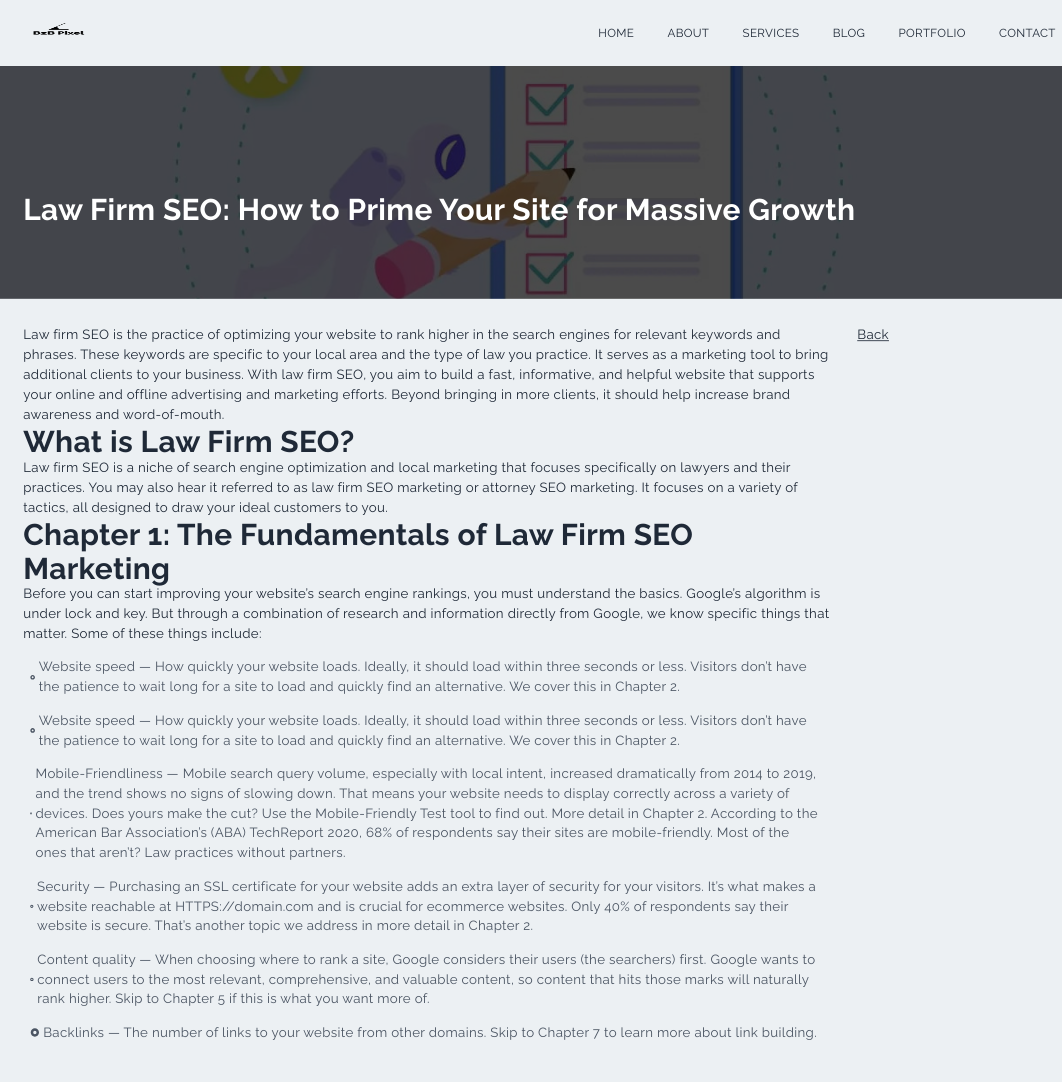
Repository: DID0101/nextjs.b2b
Page: /netflix
An editor plug-in stored every save of this project. The page is shown before and after the next save, followed by the edit.
The browser window is 1280 px wide. The pictures show the whole page, at 83% of full size.
The project was rebuilt for these pictures with package versions that can differ from the ones it lists, and the page was loaded fresh each time. The framework's server and built-in components were replaced by stand-ins that run in the browser. Also part of the build but not shown: next.config.js.

Above is the page before, as saved 2024-01-22 03:27:42.

### pages/netflix.jsx
import Image from 'next/image';
import React from 'react';
import netflixImg from '../public/assets/projects/netflix.jpg';
import { RiRadioButtonFill } from 'react-icons/ri';
import Link from 'next/link';

const netflix = () => {
  return (
    <div className='w-full'>
      <div className='w-screen h-[50vh] relative'>
        <div className='absolute top-0 left-0 w-full h-[50vh] bg-black/70 z-10' />
        <Image
          className='absolute z-1'
          layout='fill'
          objectFit='cover'
          src={netflixImg}
          alt='/'
        />
        <div className='absolute top-[70%] max-w-[1240px] w-full left-[50%] right-[50%] translate-x-[-50%] translate-y-[-50%] text-white z-10 p-2'>
          <h2 className='py-2'>Law Firm SEO: How to Prime Your Site for Massive Growth</h2>
          {/* <h3>React JS / Tailwind / Firebase</h3> */}
        </div>
      </div>

      <div className='max-w-[1240px] mx-auto p-2 grid md:grid-cols-5 gap-8 py-8'>
        <div className='col-span-4'>
          {/* <p>Project</p> */}
          {/* <h2>Overview</h2> */}
          <p>
          Law firm SEO is the practice of optimizing your website to rank higher in the search engines for relevant keywords and phrases. These keywords are specific to your local area and the type of law you practice. It serves as a marketing tool to bring additional clients to your business.

With law firm SEO, you aim to build a fast, informative, and helpful website that supports your online and offline advertising and marketing efforts. Beyond bringing in more clients, it should help increase brand awareness and word-of-mouth.
          </p>
          <p>

          </p>
          <h2>What is Law Firm SEO?</h2>
          <p> </p>
          <p>Law firm SEO is a niche of search engine optimization and local marketing that focuses specifically on lawyers and their practices. You may also hear it referred to as law firm SEO marketing or attorney SEO marketing. It focuses on a variety of tactics, all designed to draw your ideal customers to you.</p>
            <p> </p>
            <h2>Chapter 1: The Fundamentals of Law Firm SEO Marketing</h2>
            <p> </p>
            <p>Before you can start improving your website’s search engine rankings, you must understand the basics. Google’s algorithm is under lock and key. But through a combination of research and information directly from Google, we know specific things that matter. Some of these things include:</p>
               <p>

               </p>
               <div className='p-2'>
            <div className='grid grid-cols-3 md:grid-cols-1'>
              <p className='text-gray-600 py-2 flex items-center'>
                <RiRadioButtonFill className='pr-1' /> Website speed — How quickly your website loads. Ideally, it should load within three seconds or less. Visitors don’t have the patience to wait long for a site to load and quickly find an alternative. We cover this in Chapter 2.
              </p>
              <p className='text-gray-600 py-2 flex items-center'>
                <RiRadioButtonFill className='pr-1' /> Website speed — How quickly your website loads. Ideally, it should load within three seconds or less. Visitors don’t have the patience to wait long for a site to load and quickly find an alternative. We cover this in Chapter 2.
              </p>
              <p className='text-gray-600 py-2 flex items-center'>
                <RiRadioButtonFill className='pr-1' /> Mobile-Friendliness — Mobile search query volume, especially with local intent, increased dramatically from 2014 to 2019, and the trend shows no signs of slowing down. That means your website needs to display correctly across a variety of devices. Does yours make the cut? Use the Mobile-Friendly Test tool to find out. More detail in Chapter 2. According to the American Bar Association’s (ABA) TechReport 2020, 68% of respondents say their sites are mobile-friendly. Most of the ones that aren’t? Law practices without partners.
              </p>
              <p className='text-gray-600 py-2 flex items-center'>
                <RiRadioButtonFill className='pr-1' /> Security — Purchasing an SSL certificate for your website adds an extra layer of security for your visitors. It’s what makes a website reachable at HTTPS://domain.com and is crucial for ecommerce websites. Only 40% of respondents say their website is secure.  That’s another topic we address in more detail in Chapter 2.
              </p>
              <p className='text-gray-600 py-2 flex items-center'>
                <RiRadioButtonFill className='pr-1' /> Content quality — When choosing where to rank a site, Google considers their users (the searchers) first. Google wants to connect users to the most relevant, comprehensive, and valuable content, so content that hits those marks will naturally rank higher. Skip to Chapter 5 if this is what you want more of.
              </p>
              <p className='text-gray-600 py-2 flex items-center'>
                <RiRadioButtonFill className='pr-1' />Backlinks — The number of links to your website from other domains. Skip to Chapter 7 to learn more about link building.
              </p>
            </div>
          </div>


          {/* <a
            href='https://github.com/fireclint/netflix-react-tailwind'
            target='_blank'
            rel='noreferrer'
          >
            <button className='px-8 py-2 mt-4 mr-8'>Code</button>
          </a>
          <a
            href='https://fireclint.github.io/netflix-react-tailwind/'
            target='_blank'
            rel='noreferrer'
          >
            <button className='px-8 py-2 mt-4'>Demo</button>
          </a> */}
        </div>
        {/* <div className='col-span-4 md:col-span-1 shadow-xl shadow-gray-400 rounded-xl py-4'>
          <div className='p-2'>
            <p className='text-center font-bold pb-2'>Technologies</p>
            <div className='grid grid-cols-3 md:grid-cols-1'>
              <p className='text-gray-600 py-2 flex items-center'>
                <RiRadioButtonFill className='pr-1' /> React
              </p>
              <p className='text-gray-600 py-2 flex items-center'>
                <RiRadioButtonFill className='pr-1' /> Tailwind
              </p>
              <p className='text-gray-600 py-2 flex items-center'>
                <RiRadioButtonFill className='pr-1' /> Javascript
              </p>
              <p className='text-gray-600 py-2 flex items-center'>
                <RiRadioButtonFill className='pr-1' /> Firebase
              </p>
              <p className='text-gray-600 py-2 flex items-center'>
                <RiRadioButtonFill className='pr-1' /> IMDB API
              </p>
            </div>
          </div>
        </div> */}
        <Link href='/#projects'>
          <p className='underline cursor-pointer'>Back</p>
        </Link>
      </div>
    </div>
  );
};

export default netflix;

### components/Navbar.jsx
import Image from 'next/image';
import Link from 'next/link';
import React, { useState, useEffect } from 'react';
import { AiOutlineClose, AiOutlineMail, AiOutlineMenu } from 'react-icons/ai';
import { FaGithub, FaLinkedinIn } from 'react-icons/fa';
import { BsFillPersonLinesFill } from 'react-icons/bs';
// import { useRouter } from 'next/router';
import NavLogo from '../public/assets/navLogo.png'

const Navbar = () => {
  const [nav, setNav] = useState(false);
  const [shadow, setShadow] = useState(false);
  const [navBg, setNavBg] = useState('#ecf0f3');
  const [linkColor, setLinkColor] = useState('#1f2937');
  // const [position, setPosition] = useState('fixed')
  // const router = useRouter();

  // useEffect(() => {
  //   if (
  //     router.asPath === '/property' ||
  //     router.asPath === '/crypto' ||
  //     router.asPath === '/netflix' ||
  //     router.asPath === '/twitch'
  //   ) {
  //     setNavBg('transparent');
  //     setLinkColor('#ecf0f3');
  //   } else {
  //     setNavBg('#ecf0f3');
  //     setLinkColor('#1f2937');
  //   }
  // }, [router]);

  const handleNav = () => {
    setNav(!nav);
  };

  useEffect(() => {
    const handleShadow = () => {
      if (window.scrollY >= 90) {
        setShadow(true);
      } else {
        setShadow(false);
      }
    };
    window.addEventListener('scroll', handleShadow);
  }, []);

  return (
    <div
      style={{ backgroundColor: `${navBg}` }}
      className={
        shadow
          ? 'fixed w-full h-20 shadow-xl z-[100] ease-in-out duration-300'
          : 'fixed w-full h-20 z-[100]'
      }
    >
      <div className='flex justify-between items-center w-full h-full px-2 2xl:px-16'>
        <Link href='/'>
          <a>
            <Image
              src={NavLogo}
              alt='/'
              width='125'
              height='50'
              className='cursor-pointer'
            />
          </a>
        </Link>
        <div>
          <ul style={{ color: `${linkColor}` }} className='hidden md:flex'>
            <li className='ml-10 text-sm uppercase hover:border-b'>
              <Link href='/'>Home</Link>
            </li>
            <li className='ml-10 text-sm uppercase hover:border-b'>
              <Link href='/#about'>About</Link>
            </li>
            <li className='ml-10 text-sm uppercase hover:border-b'>
              <Link href='/#skills'>Services</Link>
            </li>
            <li className='ml-10 text-sm uppercase hover:border-b'>
              <Link href='/#projects'>Blog</Link>
            </li>
            <li className='ml-10 text-sm uppercase hover:border-b'>
              <Link href='/resume'>Portfolio</Link>
            </li>
            <li className='ml-10 text-sm uppercase hover:border-b'>
              <Link href='/#contact'>Contact</Link>
            </li>
          </ul>
          {/* Hamburger Icon */}
          <div
            style={{ color: `${linkColor}` }}
            onClick={handleNav}
            className='md:hidden'
          >
            <AiOutlineMenu size={25} />
          </div>
        </div>
      </div>

      {/* Mobile Menu */}
      {/* Overlay */}
      <div
        className={
          nav ? 'md:hidden fixed left-0 top-0 w-full h-screen bg-black/70' : ''
        }
      >
        {/* Side Drawer Menu */}
        <div
          className={
            nav
              ? ' fixed left-0 top-0 w-[75%] sm:w-[60%] md:w-[45%] h-screen bg-[#ecf0f3] p-10 ease-in duration-500'
              : 'fixed left-[-100%] top-0 p-10 ease-in duration-500'
          }
        >
          <div>
            <div className='flex w-full items-center justify-between'>
              <Link href='/'>
                <a>
                  <Image
                    src={NavLogo}
                    width='87'
                    height='35'
                    alt='/'
                  />
                </a>
              </Link>
              <div
                onClick={handleNav}
                className='rounded-full shadow-lg shadow-gray-400 p-3 cursor-pointer'
              >
                <AiOutlineClose />
              </div>
            </div>
            <div className='border-b border-gray-300 my-4'>
              <p className='w-[85%] md:w-[90%] py-4'>
                Let&#39;s build something legendary together
              </p>
            </div>
          </div>
          <div className='py-4 flex flex-col'>
            <ul className='uppercase'>
              <Link href='/'>
                <li onClick={() => setNav(false)} className='py-4 text-sm'>
                  Home
                </li>
              </Link>
              <Link href='/#about'>
                <li onClick={() => setNav(false)} className='py-4 text-sm'>
                  About
                </li>
              </Link>
              <Link href='/#skills'>
                <li onClick={() => setNav(false)} className='py-4 text-sm'>
                  Skills
                </li>
              </Link>
              <Link href='/#projects'>
                <li onClick={() => setNav(false)} className='py-4 text-sm'>
                  Projects
                </li>
              </Link>
              <Link href='/resume'>
                <li onClick={() => setNav(false)} className='py-4 text-sm'>
                  Resume
                </li>
              </Link>
              <Link href='/#contact'>
                <li onClick={() => setNav(false)} className='py-4 text-sm text-[#ac4d5a]'>
                  Save My Spot
                </li>
              </Link>
            </ul>
            <div className='pt-40'>
              <p className='uppercase tracking-widest text-[#5651e5]'>
                Let&#39;s Connect
              </p>
              <div className='flex items-center justify-between my-4 w-full sm:w-[80%]'>
                <a
                  href='https://www.linkedin.com/in/clint-briley-50056920a/'
                  target='_blank'
                  rel='noreferrer'
                >
                  <div className='rounded-full shadow-lg shadow-gray-400 p-3 cursor-pointer hover:scale-105 ease-in duration-300'>
                    <FaLinkedinIn />
                  </div>
                </a>
                <a
                  href='https://github.com/fireclint'
                  target='_blank'
                  rel='noreferrer'
                >
                  <div className='rounded-full shadow-lg shadow-gray-400 p-3 cursor-pointer hover:scale-105 ease-in duration-300'>
                    <FaGithub />
                  </div>
                </a>
                <Link href='/#contact'>
                  <div
                    onClick={() => setNav(!nav)}
                    className='rounded-full shadow-lg shadow-gray-400 p-3 cursor-pointer hover:scale-105 ease-in duration-300'
                  >
                    <AiOutlineMail />
                  </div>
                </Link>
                <Link href='/resume'>
                  <div
                    onClick={() => setNav(!nav)}
                    className='rounded-full shadow-lg shadow-gray-400 p-3 cursor-pointer hover:scale-105 ease-in duration-300'
                  >
                    <BsFillPersonLinesFill />
                  </div>
                </Link>
              </div>
            </div>
          </div>
        </div>
      </div>
    </div>
  );
};

export default Navbar;

Loaded but not shown: pages/_app.js (common file); pages/_document.js (common file); styles/globals.css (common file); tailwind.config.js (common file)

After the next save:
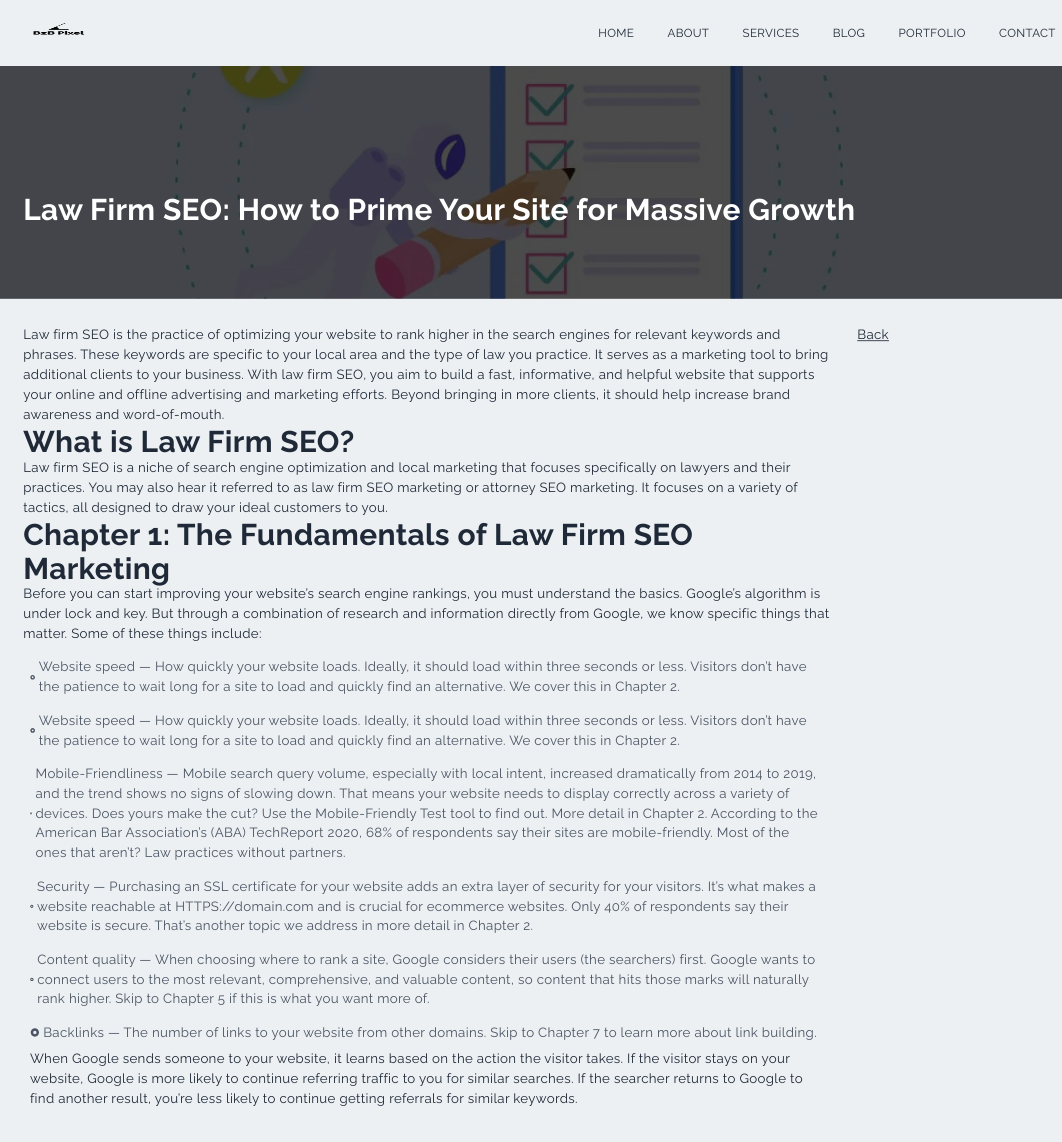
Saved 29 min 49 s later.
--- a/pages/netflix.jsx
+++ b/pages/netflix.jsx
@@ -64,7 +64,12 @@
               <p className='text-gray-600 py-2 flex items-center'>
                 <RiRadioButtonFill className='pr-1' />Backlinks — The number of links to your website from other domains. Skip to Chapter 7 to learn more about link building.
               </p>
+
             </div>
+            <p>
+
+            </p>
+            <p>When Google sends someone to your website, it learns based on the action the visitor takes. If the visitor stays on your website, Google is more likely to continue referring traffic to you for similar searches. If the searcher returns to Google to find another result, you’re less likely to continue getting referrals for similar keywords. </p>
           </div>
 
 
